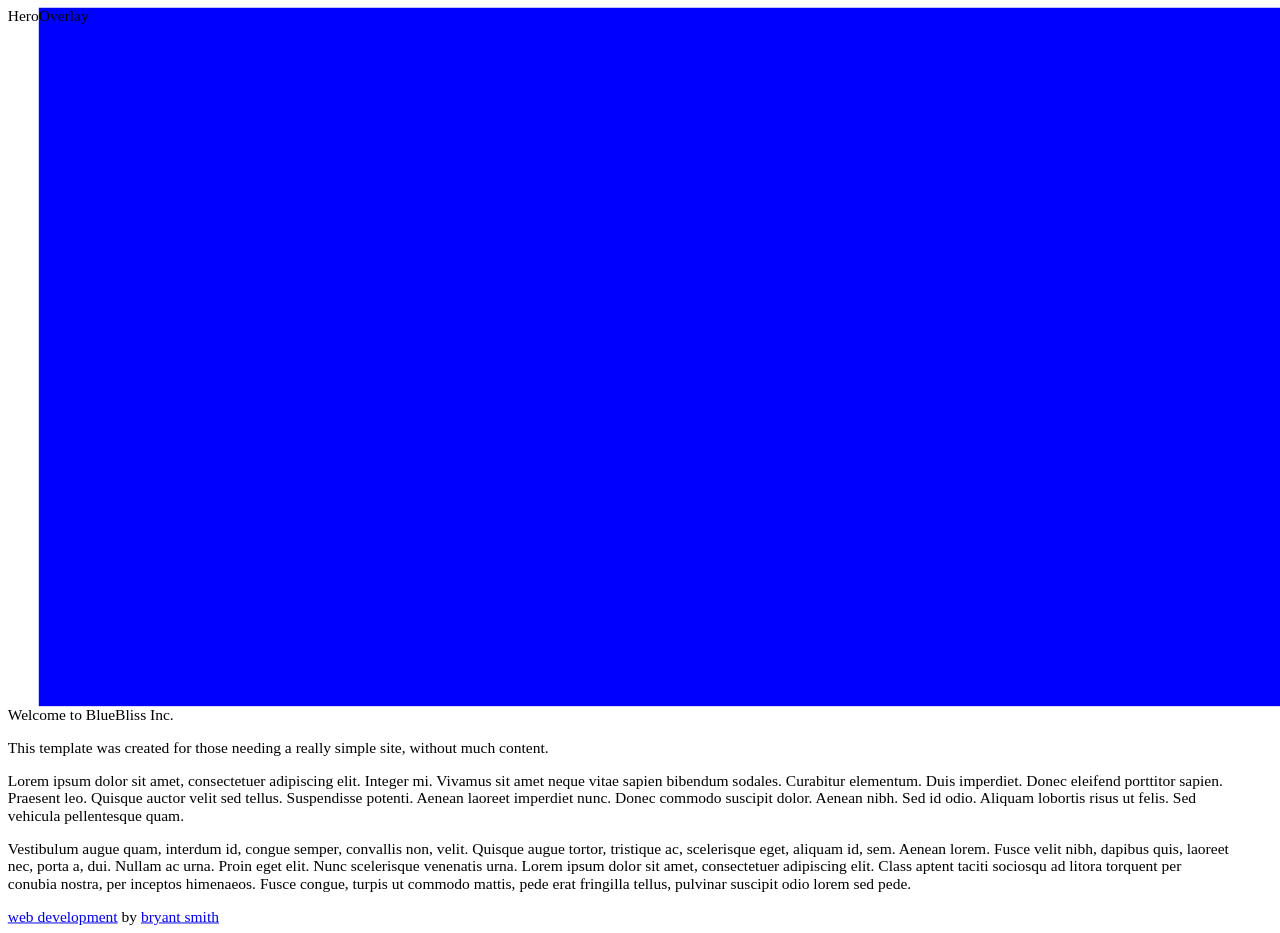
Repository: Scoofster/SWE-Flying-start-bio-website
Page: public/index.html
These files come from the project's save history. The page is drawn as it stood at one moment and after the next save; the edit follows.
The browser window is 1280 px wide. The page is 1320 px wide, then 1280 px, so the pictures cover 1320 px, including what lies to the right of the window. The pictures show the whole page, at 97% of full size.

Above is the page before, as saved 2022-06-16 12:36:39.

### public/index.html
<!--
You may use this in any way, on any site, all we ask is that you please keep the link(s) crediting the author.   Though this is not mandatory, it is certainly appreciated.
 -->

<!DOCTYPE html PUBLIC "-//W3C//DTD XHTML 1.0 Strict//EN" "http://www.w3.org/TR/xhtml1/DTD/xhtml1-strict.dtd">
<html xmlns="http://www.w3.org/1999/xhtml" xml:lang="en" lang="en">
  <head>
    <title>Blue Bliss by Bryant Smith</title>
    <meta http-equiv="content-type" content="text/html;charset=utf-8" />
    <link rel="stylesheet" type="text/css" href="index.css" />
  </head>
  <body>
    <div id="mainContentArea">
      <div id="contentBox">
        <div id="hero">
          Hero
          <div id="hero_overlay">Overlay</div>
        </div>

        <div id="blueBox">
          <div id="header"></div>
          <div class="contentTitle">Welcome to BlueBliss Inc.</div>
          <div class="pageContent">
            <p>
              This template was created for those needing a really simple site,
              without much content.
            </p>
            <p>
              Lorem ipsum dolor sit amet, consectetuer adipiscing elit. Integer
              mi. Vivamus sit amet neque vitae sapien bibendum sodales.
              Curabitur elementum. Duis imperdiet. Donec eleifend porttitor
              sapien. Praesent leo. Quisque auctor velit sed tellus. Suspendisse
              potenti. Aenean laoreet imperdiet nunc. Donec commodo suscipit
              dolor. Aenean nibh. Sed id odio. Aliquam lobortis risus ut felis.
              Sed vehicula pellentesque quam.
            </p>
            <p>
              Vestibulum augue quam, interdum id, congue semper, convallis non,
              velit. Quisque augue tortor, tristique ac, scelerisque eget,
              aliquam id, sem. Aenean lorem. Fusce velit nibh, dapibus quis,
              laoreet nec, porta a, dui. Nullam ac urna. Proin eget elit. Nunc
              scelerisque venenatis urna. Lorem ipsum dolor sit amet,
              consectetuer adipiscing elit. Class aptent taciti sociosqu ad
              litora torquent per conubia nostra, per inceptos himenaeos. Fusce
              congue, turpis ut commodo mattis, pede erat fringilla tellus,
              pulvinar suscipit odio lorem sed pede.
            </p>
          </div>
          <div id="footer">
            <a href="http://www.aszx.net">web development</a> by
            <a href="http://www.bryantsmith.com">bryant smith</a>
          </div>
        </div>
      </div>
    </div>
  </body>
</html>

### public/index.css
.filter {

}

#hero {
    display: grid;
    grid-template-columns: 1fr 1fr 1fr;
    grid-template-rows: 1fr 1fr 1fr;
    height: 100vh;
    width: 100vw;
}

#hero_overlay {
    display: absolute;
    height: 100vh;
    width: 100vw;
    background-color: blue;
    top:0;
    left:0;

}

After the next save:
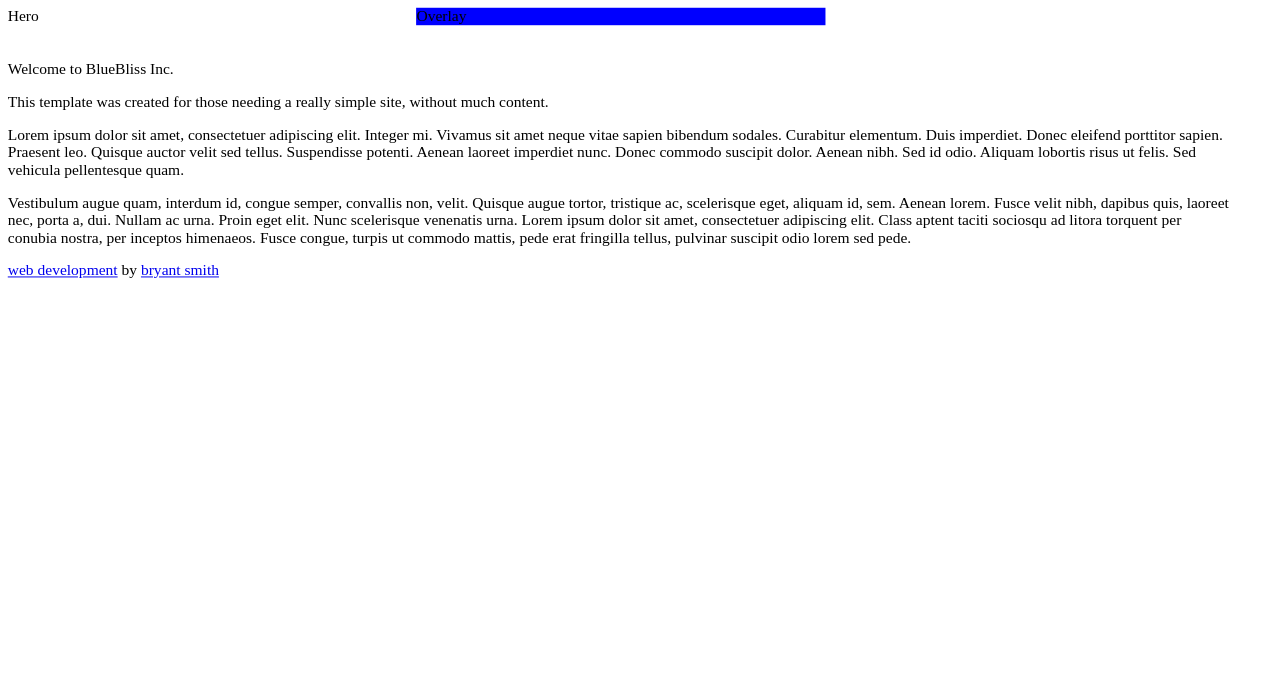
Saved 22 s later.
--- a/public/index.css
+++ b/public/index.css
@@ -6,14 +6,11 @@
     display: grid;
     grid-template-columns: 1fr 1fr 1fr;
     grid-template-rows: 1fr 1fr 1fr;
-    height: 100vh;
-    width: 100vw;
 }
 
 #hero_overlay {
     display: absolute;
-    height: 100vh;
-    width: 100vw;
+
     background-color: blue;
     top:0;
     left:0;
